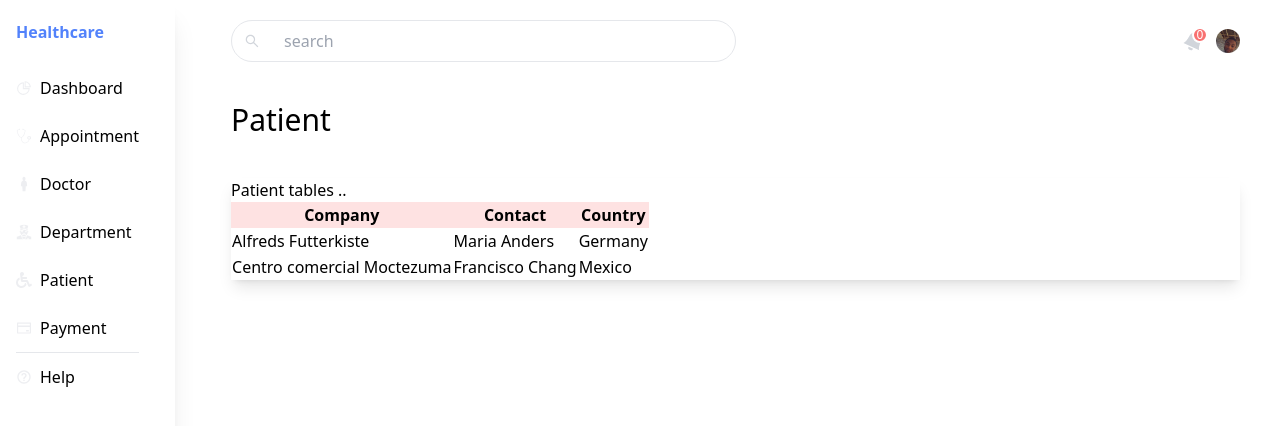
Repository: hisreal123/healthcare-dashboard
Page: /patient
The author's editor kept a copy of each file at every save. The page is drawn from the files as they stood at one save, then again after the next save.
The browser window is 1280 px wide. The pictures show the whole page.
The project was rebuilt for these pictures with package versions that can differ from the ones it lists, and the page was loaded fresh each time. Also part of the build but not shown: vite.config.ts, src/routes/Error.tsx, src/views/Dashboard.tsx, components/tables/AppointementTable.tsx, src/views/Appointment.tsx, src/views/Doctor.tsx, src/views/Department.tsx, src/views/Payment.tsx and 1 more.

Above is the page before, as saved 2023-05-05 19:01:50.

After the next save:
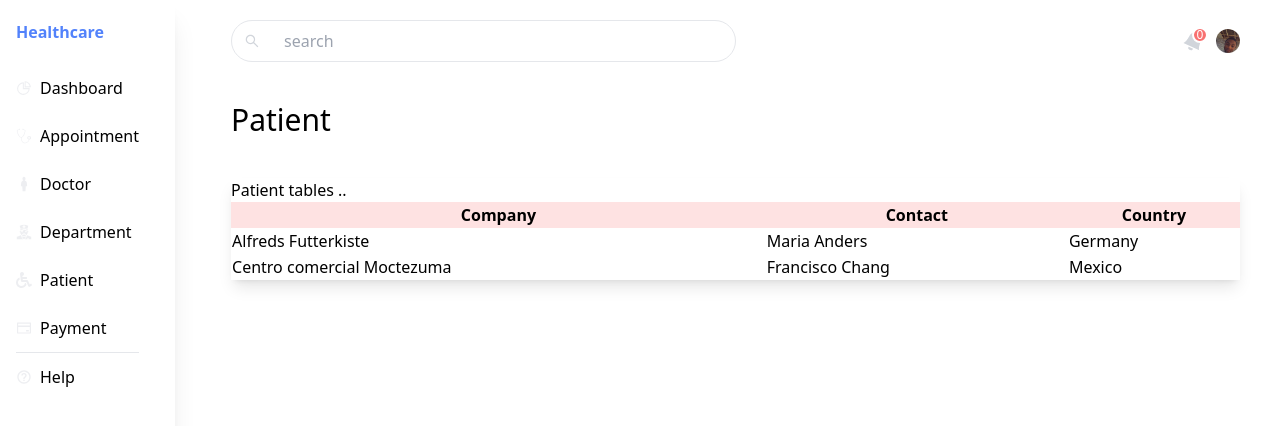
Saved 7 s later.
--- a/components/tables/PatientsTable.tsx
+++ b/components/tables/PatientsTable.tsx
@@ -38,7 +38,7 @@ export default function PatientTable({ patientStyle }: PatientTableProps) {
     const PTable = () => {
         return (
             <>
-                <table className="">
+                <table className="relative w-full">
                     <tr className='w-full bg-red-100'>
                         <th>Company</th>
                         <th>Contact</th>
